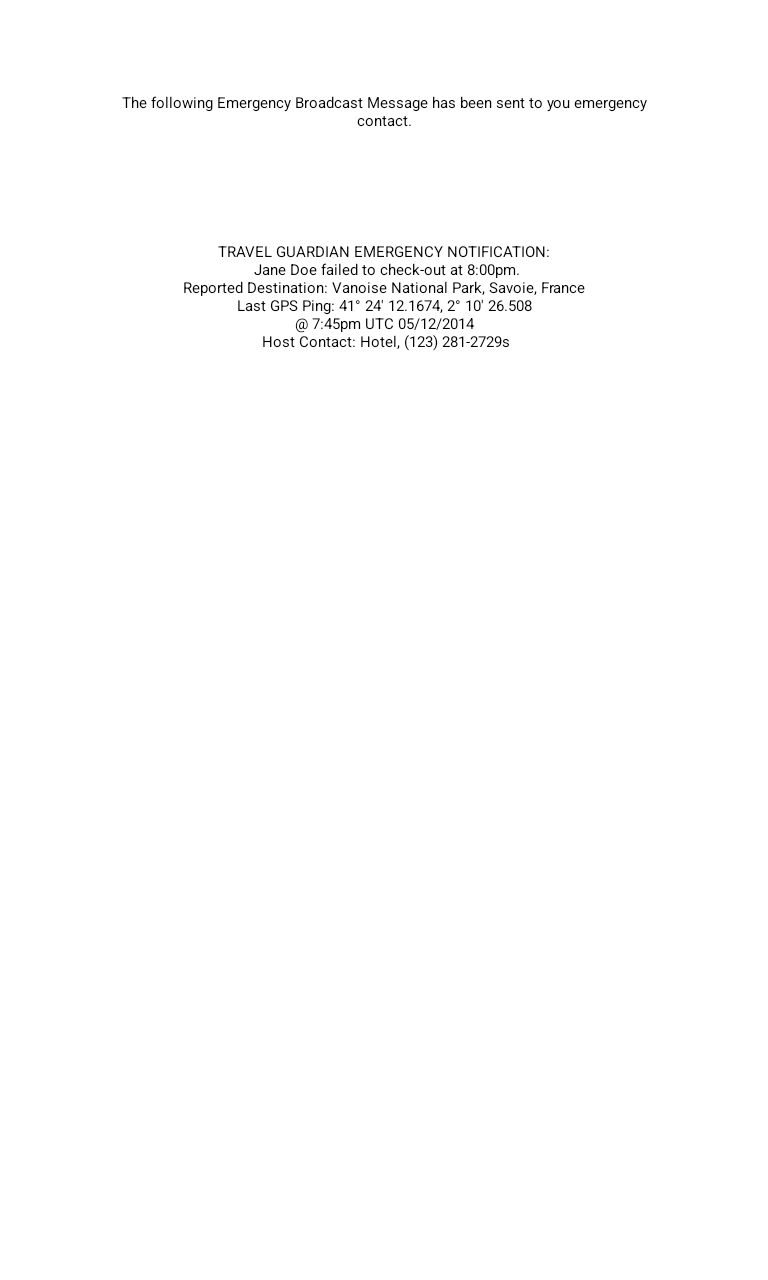
Repository: leo195162839/Test-Repo
Layout: TravelGuardian/res/layout/fragment_broadcast.xml
An editor plug-in stored every save of this project. The layout is shown before and after the next save, followed by the edit.
It is drawn on a 768 x 1280 px phone screen (xhdpi) without system bars, with theme Theme.Base.AppCompat; the app's code is not run.

Above is the layout before, as saved 2014-06-15 17:17:27.

After the next save:
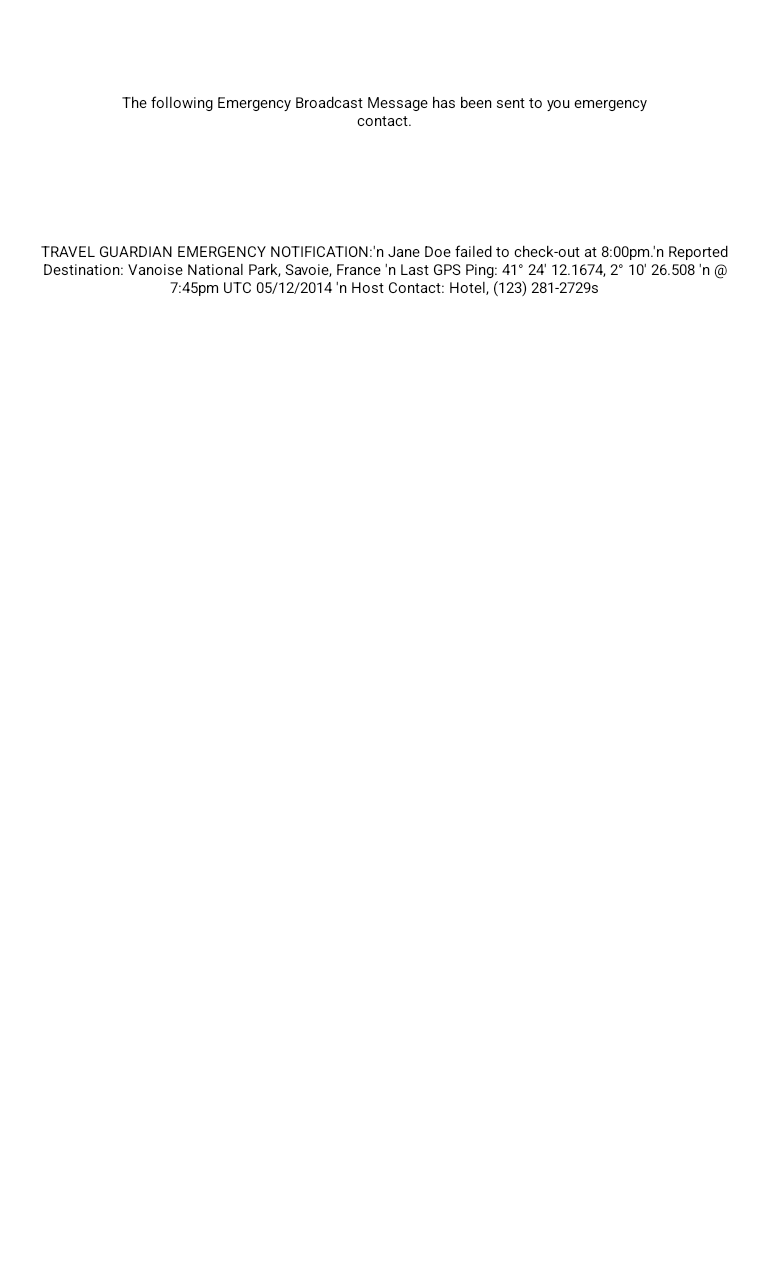
Saved 71 s later.
--- a/TravelGuardian/res/values/strings.xml
+++ b/TravelGuardian/res/values/strings.xml
@@ -28,11 +28,11 @@
     <string name="title_activity_checked_out">CheckedOut</string>
     <string name="title_activity_broadcast">Broadcast</string>
     <string name="Sent_Notification">The following Emergency Broadcast Message has been sent to you emergency contact.</string>
-    <string name="Broadcast_Message">TRAVEL GUARDIAN EMERGENCY NOTIFICATION:\n
-                                     Jane Doe failed to check-out at 8:00pm.\n
-                                     Reported Destination: Vanoise National Park, Savoie, France \n
-                                     Last GPS Ping: 41° 24' 12.1674", 2° 10' 26.508" \n
-                                     @ 7:45pm UTC 05/12/2014 \n
+    <string name="Broadcast_Message">TRAVEL GUARDIAN EMERGENCY NOTIFICATION:\'n
+                                     Jane Doe failed to check-out at 8:00pm.\'n
+                                     Reported Destination: Vanoise National Park, Savoie, France \'n
+                                     Last GPS Ping: 41° 24' 12.1674", 2° 10' 26.508" \'n
+                                     @ 7:45pm UTC 05/12/2014 \'n
                                      Host Contact: Hotel, (123) 281-2729s</string>
 
 </resources>

After the save that followed:
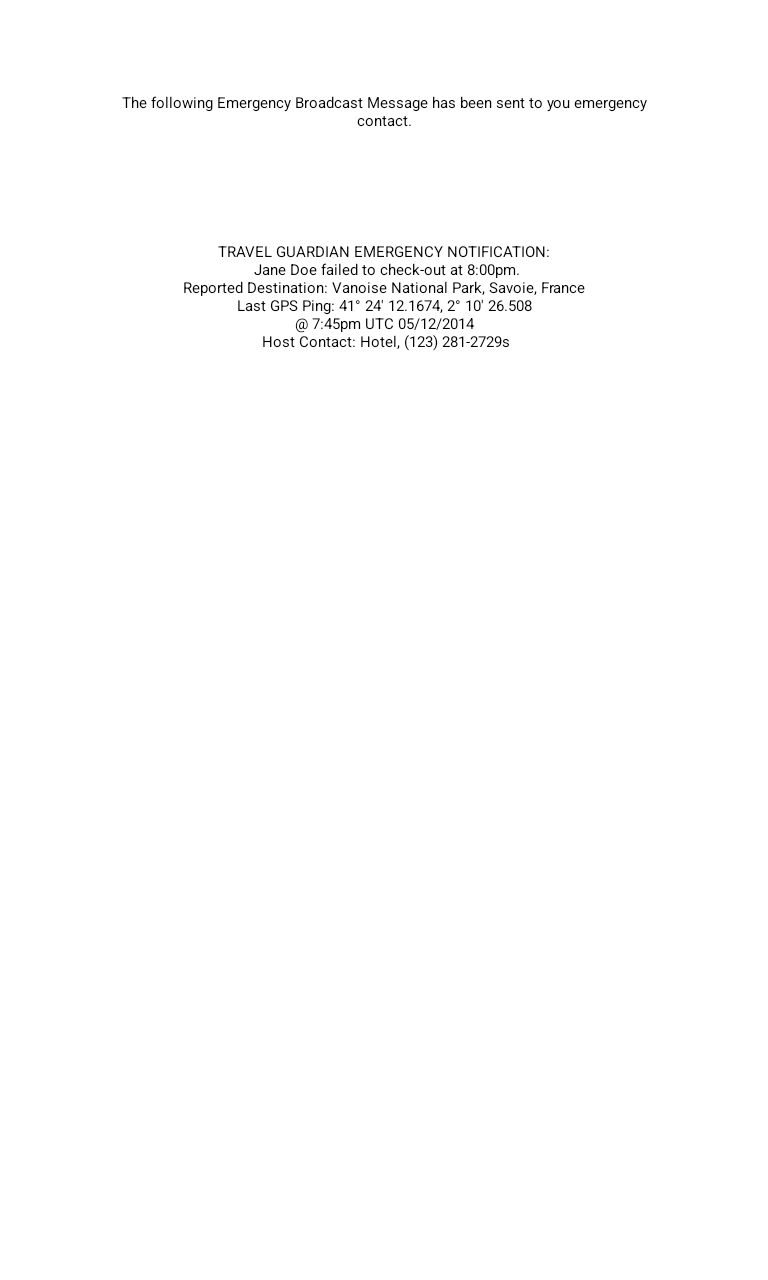
Saved 75 s later.
--- a/TravelGuardian/res/values/strings.xml
+++ b/TravelGuardian/res/values/strings.xml
@@ -28,11 +28,11 @@
     <string name="title_activity_checked_out">CheckedOut</string>
     <string name="title_activity_broadcast">Broadcast</string>
     <string name="Sent_Notification">The following Emergency Broadcast Message has been sent to you emergency contact.</string>
-    <string name="Broadcast_Message">TRAVEL GUARDIAN EMERGENCY NOTIFICATION:\'n
-                                     Jane Doe failed to check-out at 8:00pm.\'n
-                                     Reported Destination: Vanoise National Park, Savoie, France \'n
-                                     Last GPS Ping: 41° 24' 12.1674", 2° 10' 26.508" \'n
-                                     @ 7:45pm UTC 05/12/2014 \'n
+    <string name="Broadcast_Message">TRAVEL GUARDIAN EMERGENCY NOTIFICATION:\n
+                                     Jane Doe failed to check-out at 8:00pm.\n
+                                     Reported Destination: Vanoise National Park, Savoie, France \n
+                                     Last GPS Ping: 41° 24' 12.1674", 2° 10' 26.508" \n
+                                     @ 7:45pm UTC 05/12/2014 \n
                                      Host Contact: Hotel, (123) 281-2729s</string>
 
 </resources>
